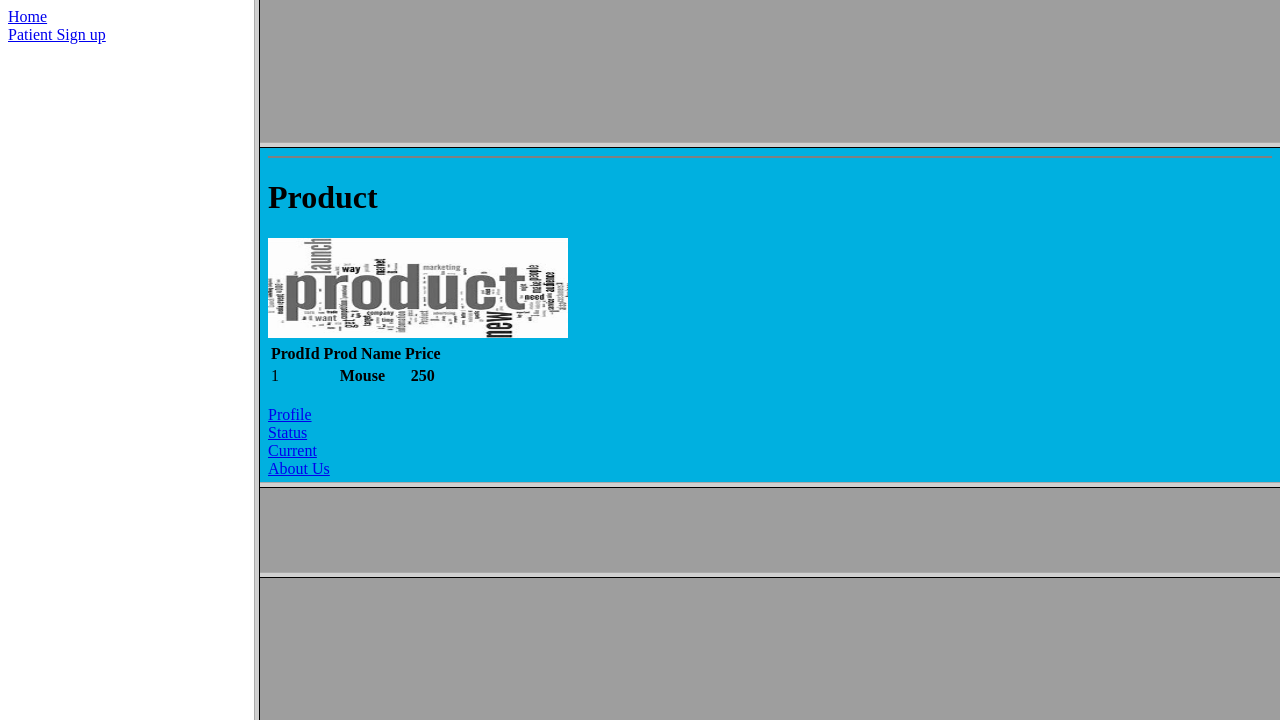
Repository: abhishek110597/Deloitte
Page: Workspace/JavaTraining/home.html
These files come from the project's save history. The page is drawn as it stood at one moment and after the next save; the edit follows.
The browser window is 1280 px wide. The pictures show the whole page.

Above is the page before, as saved 2019-12-28 06:55:51.

After the next save:
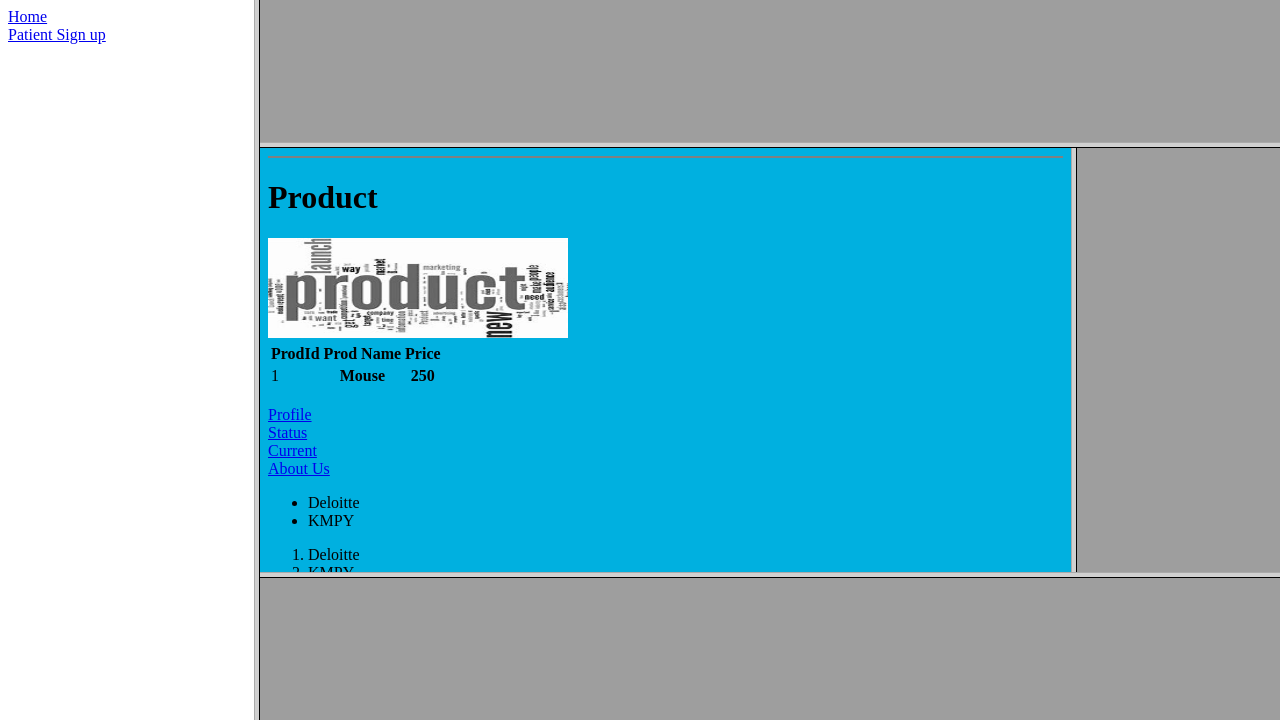
Saved 19 s later.
--- a/Workspace/JavaTraining/home.html
+++ b/Workspace/JavaTraining/home.html
@@ -9,7 +9,7 @@
 	<frameset rows="20%,80%">
 		<frame src="logo.html" name="logo" />
 		<frameset rows="75%,25%">
-			<frameset rows="80%,20%">
+			<frameset cols="80%,20%">
 				<frame src="index.html" name="main" />
 				<frame src="footer.html" name="foot" />
 			</frameset>
